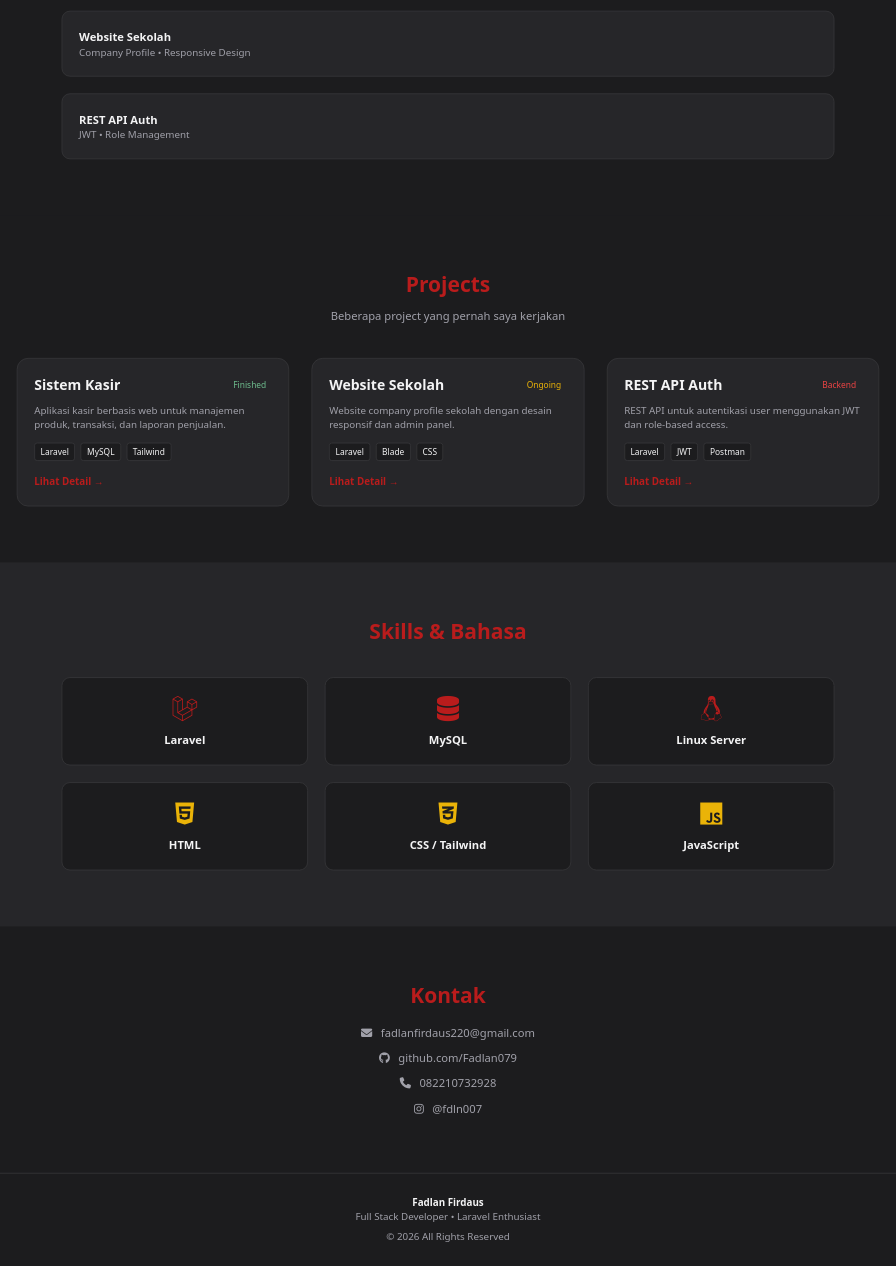
Repository: Fadlan079/Personal-Portfolio
Page: http://localhost/
These files come from the project's save history. The page is drawn as it stood at one moment and after the next save; the edit follows.
The browser window is 1280 px wide. The pictures show the part of the page from y = 1259 to 3179 px (the page is 3067 px tall before and 3179 px after), at 70% of full size.
Some web libraries are served in a nearby version. The page is served by the project's Laravel application, run on PHP 8.4 with Laravel 12. Other server files are loaded and not shown.

Above is the page before, as saved 2026-01-14 14:22:37.

### routes/web.php
<?php

use Illuminate\Support\Facades\Route;

// Route::get('/', function () {
//     return view('welcome');
// });

Route::get('/', function () {
    return view('portofolio');
});

Route::get('/project', function () {
    return view('project');
});

### resources/views/portofolio.blade.php
<!DOCTYPE html>
<html lang="id">
<head>
  <meta charset="UTF-8" />
  <meta name="viewport" content="width=device-width, initial-scale=1.0" />
  <title>Portfolio | Fadlan</title>

  <!-- Tailwind -->
  <script src="https://cdn.tailwindcss.com"></script>

  <!-- Font Awesome -->
  <link rel="stylesheet" href="https://cdnjs.cloudflare.com/ajax/libs/font-awesome/6.5.1/css/all.min.css"/>

  <script>
    tailwind.config = {
      theme: {
        extend: {
          colors: {
            bg: 'var(--color-bg)',
            surface: 'var(--color-surface)',
            border: 'var(--color-border)',
            text: 'var(--color-text)',
            muted: 'var(--color-muted)',
            primary: 'var(--color-primary)',
            success: 'var(--color-success)',
            danger: 'var(--color-danger)',
            warning: 'var(--color-warning)',
          }
        }
      }
    }
  </script>

  <style>
    :root {
      --color-bg: #1c1c1e;
      --color-surface: #262629;
      --color-border: #3a3a3d;
      --color-text: #f4f4f5;
      --color-muted: #a1a1aa;
      --color-primary: #b91c1c;
      --color-success: #6fbf8f;
      --color-danger:  #ef4444;
      --color-warning: #eab308;
    }

    html {
      scroll-behavior: smooth;
    }
  </style>
</head>

<body class="bg-bg text-text">

<!-- Navbar -->
<nav class="fixed w-full bg-bg/80 backdrop-blur border-b border-border z-50">
  <div class="max-w-7xl mx-auto px-6 py-4 flex justify-between items-center">
    <h1 class="text-xl font-bold text-primary">Fadlan.dev</h1>
    <ul class="flex gap-6 text-sm">
      <li class="relative group">
        <a href="#home">Home</a>
        <span class="absolute left-0 -bottom-1 h-[2px] w-0 bg-primary transition-all group-hover:w-full"></span>
      </li>
      <li class="relative group">
        <a href="#about">About</a>
        <span class="absolute left-0 -bottom-1 h-[2px] w-0 bg-primary transition-all group-hover:w-full"></span>
      </li>
      <li class="relative group">
        <a href="#experience">Experience</a>
        <span class="absolute left-0 -bottom-1 h-[2px] w-0 bg-primary transition-all group-hover:w-full"></span>
      </li>
      <li class="relative group">
        <a href="#skills">Skills</a>
        <span class="absolute left-0 -bottom-1 h-[2px] w-0 bg-primary transition-all group-hover:w-full"></span>
      </li>
      <li class="relative group">
        <a href="#contact">Contact</a>
        <span class="absolute left-0 -bottom-1 h-[2px] w-0 bg-primary transition-all group-hover:w-full"></span>
      </li>
    </ul>
  </div>
</nav>

<!-- Hero -->
<section id="home" class="min-h-screen flex items-center justify-center text-center px-6">
  <div>
    <h2 class="text-4xl md:text-6xl font-extrabold mb-4">
      Hi, Saya <span class="text-primary">Fadlan</span>
    </h2>
    <p class="text-muted max-w-xl mx-auto mb-2">
      Full Stack Developer (Laravel)
    </p>
    <p class="text-muted max-w-xl mx-auto mb-6">
      Backend • Frontend • Linux Server
    </p>
    <a href="#projects"
      class="inline-block px-6 py-3 bg-primary text-white font-semibold rounded-xl hover:opacity-90 transition">
      Lihat Project
    </a>
  </div>
</section>

<!-- About -->
<section id="about" class="py-20 bg-surface">
  <div class="max-w-6xl mx-auto px-6">
    <h3 class="text-3xl font-bold mb-6 text-primary">Tentang Saya</h3>
    <p class="text-muted leading-relaxed max-w-3xl">
      Saya pelajar SMK jurusan PPLG dengan minat besar di bidang
      <strong>Full Stack Development</strong>. Terbiasa membangun aplikasi
      Laravel, REST API, database MySQL, serta deployment ke server Linux.
    </p>
  </div>
</section>

<!-- Experience -->
<section id="experience" class="py-20">
  <div class="max-w-6xl mx-auto px-6">
    <h3 class="text-3xl font-bold mb-12 text-primary text-center">Pengalaman</h3>
    <div class="space-y-6">
      <div class="bg-surface border border-border rounded-xl p-6">
        <h4 class="font-semibold">Project Sistem Kasir</h4>
        <p class="text-muted text-sm">Laravel • MySQL • Tailwind</p>
      </div>
      <div class="bg-surface border border-border rounded-xl p-6">
        <h4 class="font-semibold">Website Sekolah</h4>
        <p class="text-muted text-sm">Company Profile • Responsive Design</p>
      </div>
      <div class="bg-surface border border-border rounded-xl p-6">
        <h4 class="font-semibold">REST API Auth</h4>
        <p class="text-muted text-sm">JWT • Role Management</p>
      </div>
    </div>
  </div>
</section>

<!-- Projects -->
<section id="projects" class="py-20 bg-bg">
  <div class="max-w-7xl mx-auto px-6">
    <h3 class="text-3xl font-bold text-center mb-4 text-primary">Projects</h3>
    <p class="text-muted text-center mb-12">
      Beberapa project yang pernah saya kerjakan
    </p>

    <div class="grid md:grid-cols-3 gap-8">

      <!-- Project Card -->
      <div class="bg-surface border border-border rounded-2xl p-6 hover:-translate-y-2 transition">
        <div class="flex justify-between items-center mb-3">
          <h4 class="text-xl font-semibold">Sistem Kasir</h4>
          <span class="text-xs px-2 py-1 rounded bg-success/20 text-success">
            Finished
          </span>
        </div>

        <p class="text-muted text-sm mb-4">
          Aplikasi kasir berbasis web untuk manajemen produk, transaksi,
          dan laporan penjualan.
        </p>

        <!-- Tech Stack -->
        <div class="flex flex-wrap gap-2 text-xs mb-4">
          <span class="px-2 py-1 bg-bg border border-border rounded">Laravel</span>
          <span class="px-2 py-1 bg-bg border border-border rounded">MySQL</span>
          <span class="px-2 py-1 bg-bg border border-border rounded">Tailwind</span>
        </div>

        <!-- Action -->
        <a href="#" class="text-primary text-sm font-semibold hover:underline">
          Lihat Detail →
        </a>
      </div>

      <!-- Project Card -->
      <div class="bg-surface border border-border rounded-2xl p-6 hover:-translate-y-2 transition">
        <div class="flex justify-between items-center mb-3">
          <h4 class="text-xl font-semibold">Website Sekolah</h4>
          <span class="text-xs px-2 py-1 rounded bg-warning/20 text-warning">
            Ongoing
          </span>
        </div>

        <p class="text-muted text-sm mb-4">
          Website company profile sekolah dengan desain responsif
          dan admin panel.
        </p>

        <div class="flex flex-wrap gap-2 text-xs mb-4">
          <span class="px-2 py-1 bg-bg border border-border rounded">Laravel</span>
          <span class="px-2 py-1 bg-bg border border-border rounded">Blade</span>
          <span class="px-2 py-1 bg-bg border border-border rounded">CSS</span>
        </div>

        <a href="#" class="text-primary text-sm font-semibold hover:underline">
          Lihat Detail →
        </a>
      </div>

      <!-- Project Card -->
      <div class="bg-surface border border-border rounded-2xl p-6 hover:-translate-y-2 transition">
        <div class="flex justify-between items-center mb-3">
          <h4 class="text-xl font-semibold">REST API Auth</h4>
          <span class="text-xs px-2 py-1 rounded bg-danger/20 text-danger">
            Backend
          </span>
        </div>

        <p class="text-muted text-sm mb-4">
          REST API untuk autentikasi user menggunakan JWT
          dan role-based access.
        </p>

        <div class="flex flex-wrap gap-2 text-xs mb-4">
          <span class="px-2 py-1 bg-bg border border-border rounded">Laravel</span>
          <span class="px-2 py-1 bg-bg border border-border rounded">JWT</span>
          <span class="px-2 py-1 bg-bg border border-border rounded">Postman</span>
        </div>

        <a href="#" class="text-primary text-sm font-semibold hover:underline">
          Lihat Detail →
        </a>
      </div>

    </div>
  </div>
</section>


<!-- Skills -->
<section id="skills" class="py-20 bg-surface">
  <div class="max-w-6xl mx-auto px-6">
    <h3 class="text-3xl font-bold mb-12 text-primary text-center">Skills & Bahasa</h3>

    <div class="grid md:grid-cols-3 gap-6 text-center">
      <div class="bg-bg border border-border rounded-xl p-6">
        <i class="fa-brands fa-laravel text-4xl text-primary mb-3"></i>
        <h4 class="font-semibold">Laravel</h4>
      </div>
      <div class="bg-bg border border-border rounded-xl p-6">
        <i class="fa-solid fa-database text-4xl text-primary mb-3"></i>
        <h4 class="font-semibold">MySQL</h4>
      </div>
      <div class="bg-bg border border-border rounded-xl p-6">
        <i class="fa-brands fa-linux text-4xl text-primary mb-3"></i>
        <h4 class="font-semibold">Linux Server</h4>
      </div>
      <div class="bg-bg border border-border rounded-xl p-6">
        <i class="fa-brands fa-html5 text-4xl text-warning mb-3"></i>
        <h4 class="font-semibold">HTML</h4>
      </div>
      <div class="bg-bg border border-border rounded-xl p-6">
        <i class="fa-brands fa-css3-alt text-4xl text-warning mb-3"></i>
        <h4 class="font-semibold">CSS / Tailwind</h4>
      </div>
      <div class="bg-bg border border-border rounded-xl p-6">
        <i class="fa-brands fa-js text-4xl text-warning mb-3"></i>
        <h4 class="font-semibold">JavaScript</h4>
      </div>
    </div>
  </div>
</section>

<!-- Contact -->
<section id="contact" class="py-20">
  <div class="max-w-xl mx-auto px-6 text-center">
    <h3 class="text-3xl font-bold mb-6 text-primary">Kontak</h3>
    <div class="space-y-3 text-muted">
      <p><i class="fa-solid fa-envelope mr-2"></i> fadlanfirdaus220@gmail.com</p>
      <p><i class="fa-brands fa-github mr-2"></i> github.com/Fadlan079</p>
      <p><i class="fa-solid fa-phone mr-2"></i> 082210732928</p>
      <p><i class="fa-brands fa-instagram mr-2"></i> @fdln007</p>
    </div>
  </div>
</section>

<!-- Footer -->
<footer class="py-8 border-t border-border text-center text-muted text-sm">
  <p class="font-semibold text-text">Fadlan Firdaus</p>
  <p>Full Stack Developer • Laravel Enthusiast</p>
  <p class="mt-2">© 2026 All Rights Reserved</p>
</footer>

</body>
</html>

After the next save:
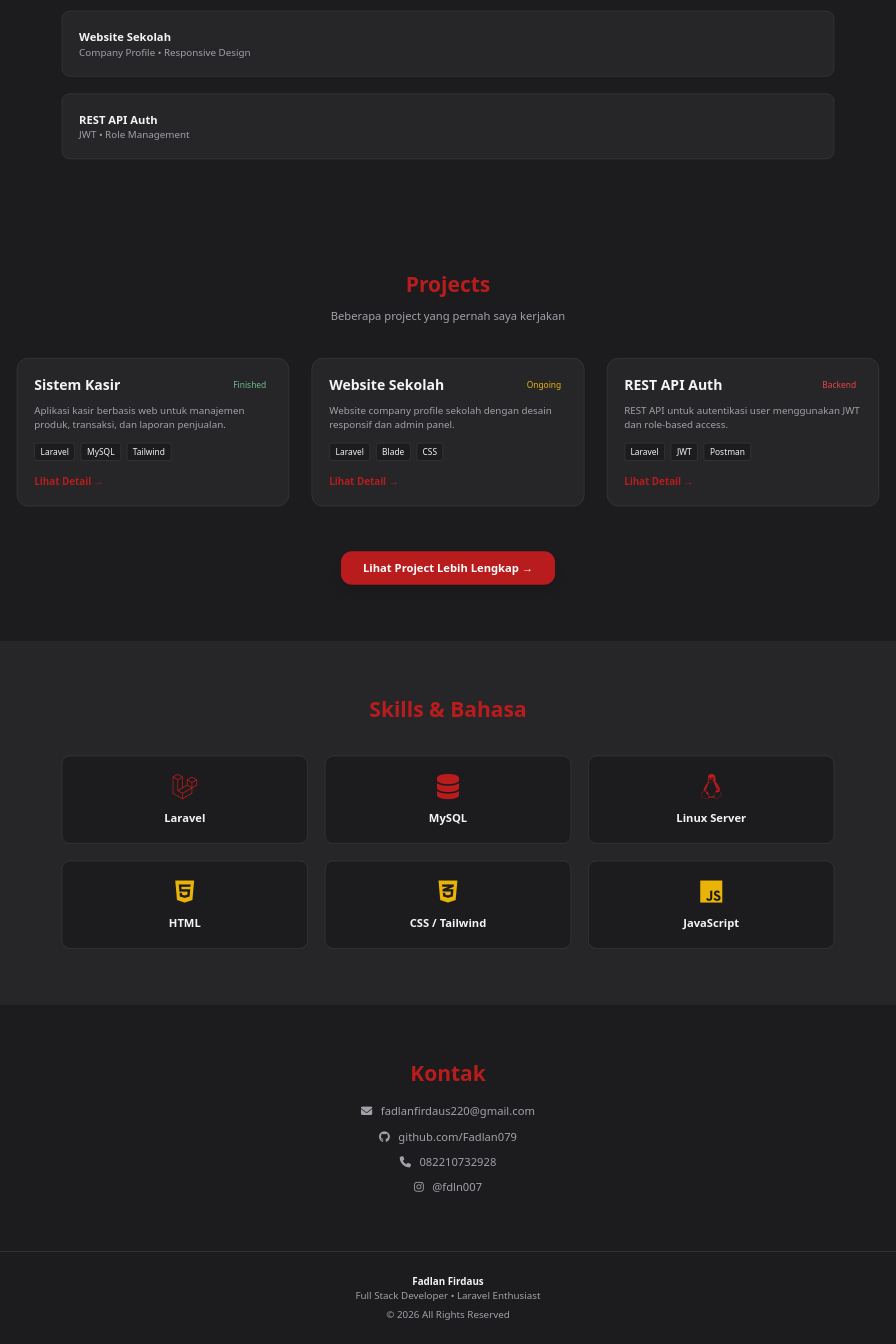
Saved 100 s later.
--- a/resources/views/portofolio.blade.php
+++ b/resources/views/portofolio.blade.php
@@ -221,6 +221,19 @@
       </div>
 
     </div>
+    <!-- Button Lihat Project Lengkap -->
+<div class="mt-16 flex justify-center">
+  <a
+    href="projects.html"
+    class="px-8 py-3 rounded-2xl
+           bg-primary text-white font-semibold
+           hover:bg-primary/90 transition
+           shadow-lg shadow-primary/20"
+  >
+    Lihat Project Lebih Lengkap →
+  </a>
+</div>
+
   </div>
 </section>
 
